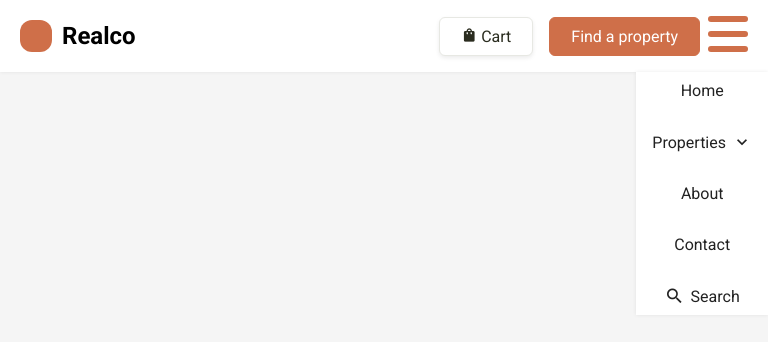
Repository: bek77g/realco
Page: index.html
An editor plug-in stored every save of this project. The page is shown before and after the next save, followed by the edit.
The browser window is 768 px wide. The pictures show the whole page.
The style sheet was rebuilt from its Sass, Less or Tailwind sources for each picture, by a compiler version that may differ from the author's.

Above is the page before, as saved 2023-04-13 21:58:15.

### index.html
<!DOCTYPE html>
<html lang="en">
  <head>
    <meta charset="UTF-8" />
    <meta http-equiv="X-UA-Compatible" content="IE=edge" />
    <meta name="viewport" content="width=device-width, initial-scale=1.0" />
    <title>Realco</title>
    <link rel="preconnect" href="https://fonts.googleapis.com" />
    <link rel="preconnect" href="https://fonts.gstatic.com" crossorigin />
    <link
      href="https://fonts.googleapis.com/css2?family=Roboto:ital,wght@0,400;0,700;0,900;1,400;1,700;1,900&display=swap"
      rel="stylesheet"
    />
    <link
      href="https://fonts.googleapis.com/icon?family=Material+Icons"
      rel="stylesheet"
    />
    <link rel="stylesheet" href="./src/styles/style.css" />
  </head>
  <body>
    <header class="header">
      <div class="container">
        <div class="header__row">
          <div class="logo header__logo">
            <div class="logo__box"></div>
            <h2 class="logo__name">Realco</h2>
          </div>
          <nav class="header__nav">
            <ul class="header__menu">
              <li class="header__menu-item"><a href="#">Home</a></li>
              <li class="header__menu-item">
                <a href="#"
                  >Properties <span class="icon more">expand_more</span>
                </a>
              </li>
              <li class="header__menu-item"><a href="#">About</a></li>
              <li class="header__menu-item"><a href="#">Contact</a></li>
              <li class="header__menu-item">
                <a href="https://www.google.com/">
                  <span class="icon">search</span> Search</a
                >
              </li>
            </ul>
            <div class="header__buttons">
              <button class="header__buttons-btn">
                <span class="icon">shopping_bag</span> Cart
              </button>
              <button class="header__buttons-btn">Find a property</button>
            </div>
            <div class="header__burger">
              <div class="header__burger-icon">
                <span class="header__burger-global header__burger-top"></span>
                <span
                  class="header__burger-global header__burger-middle"
                ></span>
                <span
                  class="header__burger-global header__burger-bottom"
                ></span>
              </div>
            </div>
          </nav>
        </div>
      </div>
    </header>
    <main></main>
    <footer></footer>
    <script src="./src/js/main.js"></script>
  </body>
</html>

### src/js/main.js
let burger = document.querySelector('.header__burger');
let menu = document.querySelector('.header__menu');

burger.addEventListener('click', () => {
  burger.classList.toggle('active');
  menu.classList.toggle('active');
});

### src/styles/style.scss
@import './reset';

.container {
  max-width: 1320px;
  padding: 0 20px;
  margin: 0 auto;
}

@import './global';
@import './header';

@import './_responsive';

### src/styles/_reset.scss
* {
  margin: 0;
  padding: 0;
  box-sizing: border-box;
  transition: 0.3s;
}
ul,
ol {
  list-style: none;
}
img {
  width: 100%;
}
a {
  color: inherit;
}
button {
  border: none;
  cursor: pointer;
}
a {
  text-decoration: none;
}

### src/styles/_global.scss
* {
  font-family: 'Roboto', sans-serif;
}

body {
  background-color: #f5f5f5;
}

//Variables
$main-color: #cf6f49;
$light-grey: #65665c;
$black: #222222;
$black-grey: #2a2c1f;

.icon {
  font-family: 'Material Icons';
  font-style: normal;
  font-weight: 400;
  display: block;
  height: -webkit-fit-content;
  height: -moz-fit-content;
  height: fit-content;
}

.logo {
  display: flex;
  align-items: center;
  gap: 10px;
  &__box {
    width: 32px;
    height: 32px;
    background: #cf6f49;
    border-radius: 12px;
  }
  &__name {
    font-weight: bold;
  }
}

### src/styles/_header.scss
.header {
  position: relative;
  background: #ffffff;
  box-shadow: 0px 0px 4px rgba(0, 0, 0, 0.08);
  padding: 16px 0;
  &__row {
    display: flex;
    justify-content: space-between;
    align-items: center;
  }
  &__nav {
    display: flex;
    align-items: center;
    gap: 8px;
  }
  &__menu {
    padding: 9px 16px;
    display: flex;
    align-items: center;
    gap: 32px;
    &-item {
      color: $black;
      & a {
        display: flex;
        gap: 6px;
        align-items: center;
        & .icon {
          font-size: 20px;
        }
      }
      &:hover .more {
        transform: rotate(-180deg);
      }
    }
  }
  &__buttons {
    display: flex;
    gap: 16px;
    &-btn {
      white-space: nowrap;
      font-style: normal;
      font-weight: 400;
      font-size: 16px;
      padding: 9px 21px;
      border-radius: 6px;
      display: flex;
      gap: 4px;
      &:first-child {
        color: $black-grey;
        background: #ffffff;
        border: 1px solid #e7e8e3;
        box-shadow: 0px 2px 4px rgba(0, 0, 0, 0.08);
      }
      &:last-child {
        background: #cf6f49;
        border: 1px solid #cf6f49;
        color: #fff;
      }
      &:hover {
        -webkit-filter: brightness(80%);
        filter: brightness(90%);
      }
    }
  }
  &__burger {
    display: none;
    &-icon {
      cursor: pointer;
      margin: 0 auto;
      padding-left: 1.25em;
      position: relative;
      width: 40px;
      height: 40px;
    }
    &-global {
      -webkit-backface-visibility: hidden;
      backface-visibility: hidden;
      position: absolute;
      left: 0;
      border-top: 6px solid $main-color;
      border-radius: 3px;
      width: 100%;
      transition: 0.55s;
    }
    &.active {
      & .header__burger-top {
        -webkit-backface-visibility: hidden;
        backface-visibility: hidden;
        top: 15px;
        transform: rotate(50deg);
        transition: 0.55s 0.5s;
      }
      & .header__burger-middle {
        opacity: 0;
      }
      & .header__burger-bottom {
        -webkit-backface-visibility: hidden;
        backface-visibility: hidden;
        top: 15px;
        transform: rotate(-410deg);
        transition: 0.55s 0.5s;
      }
    }
    &-top {
      top: 0;
    }
    &-middle {
      top: 15px;
    }
    &-bottom {
      top: 30px;
    }
  }
}

### src/styles/_responsive.scss
@media (max-width: 1201px) {
}
@media (max-width: 1025px) {
}
@media (max-width: 993px) {
  .header {
    &__menu {
      position: absolute;
      right: 0;
      top: 72px;
      align-items: center;
      background: #ffffff;
      box-shadow: 0px 0px 4px rgba(0, 0, 0, 0.08);
      flex-direction: column;
    }
    &__burger {
      display: block;
    }
  }
}
@media (max-width: 769px) {
}
@media (max-width: 769px) {
}
@media (max-width: 481px) {
}
@media (max-width: 321px) {
}

// 320px — 480px
// 481px — 768px
// 769px — 1024px
// 1025px — 1200px
// 1201px and 1440px

After the next save:
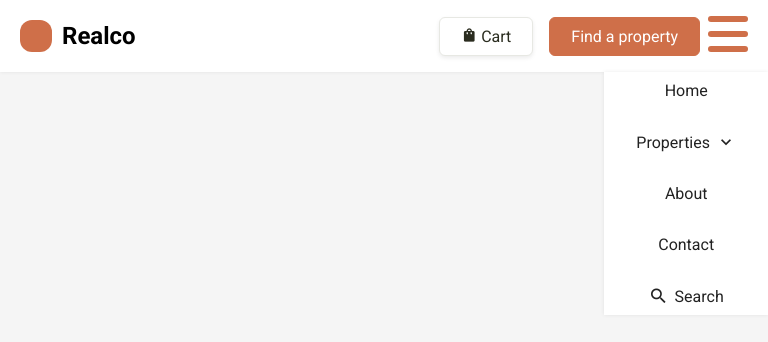
Saved 24 s later.
--- a/src/styles/_responsive.scss
+++ b/src/styles/_responsive.scss
@@ -11,6 +11,7 @@
       align-items: center;
       background: #ffffff;
       box-shadow: 0px 0px 4px rgba(0, 0, 0, 0.08);
+      padding: 9px 32px;
       flex-direction: column;
     }
     &__burger {
